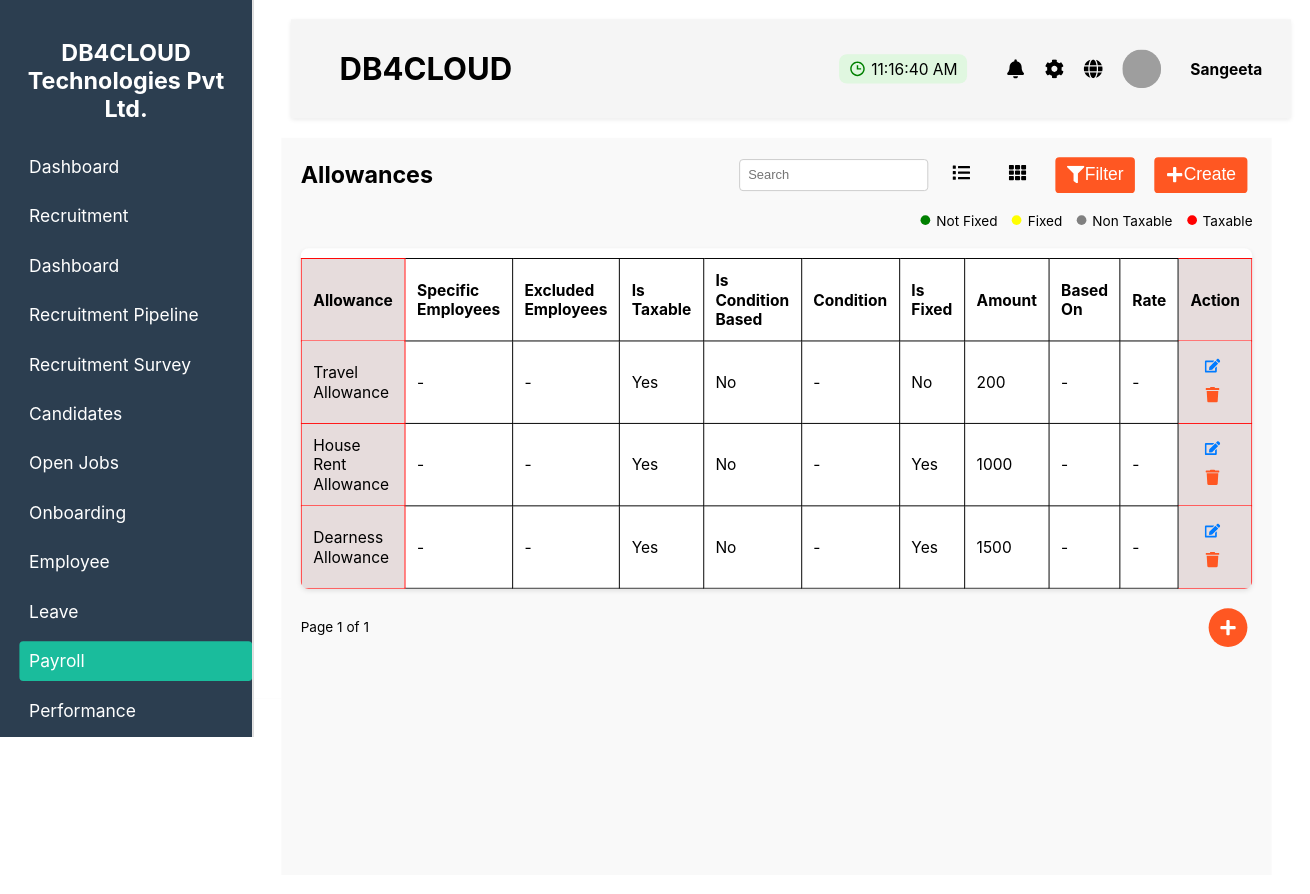
Repository: tinu-ns/Dev-code
Page: /payroll/allowances (app in HRMS-DEMO-Sang/hrms/), after clicking the first element matching `button.view-toggle`
These files come from the project's save history. The page is drawn as it stood at one moment and after the next save; the edit follows.
The browser window is 1280 px wide. The page is 1351 px wide, so the pictures cover 1351 px, including what lies to the right of the window. The pictures show the whole page, at 97% of full size.
Pictures or frames that could not be fetched are drawn as grey boxes. The project was rebuilt for these pictures with package versions that can differ from the ones it lists, and the page was loaded fresh each time. Also part of the build but not shown: HRMS-DEMO-Sang/hrms/src/components/Dashboard.js, HRMS-DEMO-Sang/hrms/src/components/Recruitment/RecruitmentDashboard.js, HRMS-DEMO-Sang/hrms/src/components/Recruitment/RecruitmentPipeline.js, HRMS-DEMO-Sang/hrms/src/components/Payroll/Contract.js, HRMS-DEMO-Sang/hrms/src/components/Payroll/Deductions.js, HRMS-DEMO-Sang/hrms/src/components/Payroll/Payslips.js, HRMS-DEMO-Sang/hrms/src/components/Payroll/PayrollDashboard.js, HRMS-DEMO-Sang/hrms/src/components/MainContent.css and 3 more.

Above is the page before, as saved 2024-11-06 17:27:41.

### HRMS-DEMO-Sang/hrms/src/App.js
import React from 'react';
import { BrowserRouter as Router, Route, Routes, Navigate } from 'react-router-dom';
import Sidebar from './components/Sidebar';
import Dashboard from './components/Dashboard';
import RecruitmentDashboard from './components/Recruitment/RecruitmentDashboard';
import RecruitmentPipeline from './components/Recruitment/RecruitmentPipeline';
import Allowances from './components/Payroll/Allowances';
import Contract from './components/Payroll/Contract';
import Deductions from './components/Payroll/Deductions';
import Payslips from './components/Payroll/Payslips';
import PayrollDashboard from './components/Payroll/PayrollDashboard';
import Header from './components/Header';
import MainContent from './components/MainContent';
import RightSidebar from './components/RightSidebar';

import './App.css';

function App() {
  return (
    <Router>
      <div className="app">
        <Sidebar />
        <div className="content-container">
          <Header />
          <div className="main-section">
            <Routes>
              {/* Main Dashboard Route */}
              <Route path="/" element={<><MainContent /><RightSidebar /></>} />
              <Route path="/dashboard" element={<Dashboard />} />

              {/* Recruitment Section */}
              <Route path="/recruitment/dashboard" element={<RecruitmentDashboard />} />
              <Route path="/recruitment/pipeline" element={<RecruitmentPipeline />} />

              {/* Payroll Section Routes */}
              <Route path="/payroll/payroll-dashboard" element={<PayrollDashboard />} />
              <Route path="/payroll/allowances" element={<Allowances />} />
              <Route path="/payroll/contract" element={<Contract />} />
              <Route path="/payroll/deductions" element={<Deductions />} />
              <Route path="/payroll/payslips" element={<Payslips />} />

              {/* Redirect unknown routes to main dashboard */}
              <Route path="*" element={<Navigate to="/" />} />
            </Routes>
          </div>
        </div>
      </div>
    </Router>
  );
}

export default App;

### HRMS-DEMO-Sang/hrms/src/components/Sidebar.js
import React, {useState} from "react";
import { NavLink } from "react-router-dom";

import "./Sidebar.css"
const Sidebar = () => {
  const [isPayrollOpen, setIsPayrollOpen] = useState(false);
  const togglePayrollMenu = () => {
    setIsPayrollOpen(!isPayrollOpen);
  };


  return (
    <div className="container">
    <div className="sidebar">
      <h2>DB4CLOUD Technologies Pvt Ltd.</h2>
      <ul className="sidebar-list">
      <li>
          <NavLink to="/dashboard" activeClassName="active">
            Dashboard
          </NavLink>
        </li>
        <li>
          <NavLink to="/recruitment" activeClassName="active">
            Recruitment
          </NavLink>
          <ul>
            <li><NavLink to="/recruitment/dashboard">Dashboard</NavLink></li>
            <li><NavLink to="/recruitment/pipeline">Recruitment Pipeline</NavLink></li>
            <li><NavLink to="/recruitment/survey">Recruitment Survey</NavLink></li>
            <li><NavLink to="/recruitment/candidates">Candidates</NavLink></li>
            <li><NavLink to="/recruitment/open-jobs">Open Jobs</NavLink></li>
          </ul>
        </li>
        {/* Add more items as needed */}
        <li>
          <NavLink to="/onboarding" activeClassName="active">
            Onboarding
          </NavLink>
        </li>
        <li>
          <NavLink to="/employee" activeClassName="active">
            Employee
          </NavLink>
        </li>
        <li>
          <NavLink to="/leave" activeClassName="active">
            Leave
          </NavLink>
        </li>
            {/* Payroll section */}
        <li>
          <NavLink to="/payroll" activeClassName="active" className="menu-toggle" onClick={togglePayrollMenu}>
            Payroll
          </NavLink>

          {isPayrollOpen && (
            <ul className="submenu">
              <li><NavLink to="/payroll/payroll-dashboard">Dashboard</NavLink></li>
              <li><NavLink to="/payroll/allowances">Allowances</NavLink></li>
              <li><NavLink to="/payroll/contract">Contracts</NavLink></li>
              <li><NavLink to="/payroll/deductions">Deductions</NavLink></li>
              <li><NavLink to="/payroll/payslips">Payslips</NavLink></li>
              <li><NavLink to="/payroll/payroll">Payroll</NavLink></li>
              <li><NavLink to="/payroll/loan-advance-salary">Loan / Advance Salary</NavLink></li>
              <li><NavLink to="/payroll/encashments-reimbursements">Encashments & Reimbursements</NavLink></li>
              <li><NavLink to="/payroll/federal-tax">Federal Tax</NavLink></li>
            </ul>
          )}
        </li>
        <li>
          <NavLink to="/performance" activeClassName="active">
            Performance
          </NavLink>
        </li>
        <li>
          <NavLink to="/offboarding" activeClassName="active">
            Offboarding
          </NavLink>
        </li>
        <li>
          <NavLink to="/assets" activeClassName="active">
            Assets
          </NavLink>
        </li>
        <li>
          <NavLink to="/help-desk" activeClassName="active">
            Help Desk
          </NavLink>
        </li>
        <li>
          <NavLink to="/configuration" activeClassName="active">
            Configuration
          </NavLink>
        </li>
      </ul>
    </div>

    </div>
  );
};

export default Sidebar;

### HRMS-DEMO-Sang/hrms/src/components/Header.js
import React, {useState,useEffect} from 'react'
import {FaBell, FaCog, FaGlobe, FaSignOutAlt} from 'react-icons/fa'
import {BiTime} from 'react-icons/bi'
import './Header.css'

const Header = () => {
    const [currentTime, setCurrentTime] = useState('')
    const [showDropdown, setShowDropdown] = useState(false);

    const getCurrentTime = () => {
        const now = new Date()
        return now.toLocaleTimeString()   // Returns time as HH:MM:SS
    }

// Update time every second
useEffect(() => {
    const timer = setInterval(() => {
      setCurrentTime(getCurrentTime());
    }, 1000); // Update every 1000ms (1 second)

    // Cleanup interval on component unmount
    return () => clearInterval(timer);
  }, []); // Empty dependency array to run only on mount/unmount


    const toggleDropdown = () => {
        setShowDropdown(!showDropdown)
    }


  return (
    <header className='bg-container'>
      <div className='header'>
        <div className="header-left">
        <button className='menu-button'></button>
        <h1>DB4CLOUD</h1>
        </div>

        <div className="header-right">
          {/*  <p>You cannot mark attendence from this network</p> */}

                {/* Time display*/ }
                <div className="time-box">
                    <BiTime className='time-icon' />
                    <span>{currentTime}</span>
                </div>

                {/*Icons for notificatins, settings, etc. */}
                <FaBell className='icon' title='Notifications' />
                <FaCog className="icon" title="Settings" />
                <FaGlobe className='icon' title='Language' />

                {/* User Profile with dropdown*/ }

                <div className="user-profile" onClick={toggleDropdown}>
                    <div className="user-avatar">
                    < img src="https://th.bing.com/th/id/OIP.Pgv1PargHCECE7gCB5kJ-wHaKx?rs=1&pid=ImgDetMain"
                alt="user-Avatar" className="avatar" />
                    </div>
                    <span className="user-name">Sangeeta</span>

{showDropdown && (
    <div className="dropdown">
        <ul>
            <li>Profile</li>
            <li>Setting</li>
            <li>
                <FaSignOutAlt /> Logout
            </li>
        </ul>
    </div>
)}

</div>

     {  /*      <div className="user-info">
                <span className='user-name'>Shalu</span>
                < img src="https://th.bing.com/th/id/OIP.Pgv1PargHCECE7gCB5kJ-wHaKx?rs=1&pid=ImgDetMain"
                alt="user-Avatar" className="avatar" />
            </div>
            */ }
        </div>


      </div>

    </header>
  )
}

export default Header

### HRMS-DEMO-Sang/hrms/src/App.css
.app{
  display: flex;
  height: 100vh;
  background-color: #f4f4f4;
}

.content-container{
  flex-grow: 1;
  padding: 20px;
  background-color: #fff;
  margin-left: 200px;
  display: flex;
  flex-direction: column;

}

.main-section{
  display: flex;
  justify-content: space-between;
  padding: 20px;
}


.sidebar {
  width: 220px;
  background-color: #2c3e50;
  position: fixed;
  height: 100vh;
}

### HRMS-DEMO-Sang/hrms/src/components/Sidebar.css
 .container{
    display: flex;
    height: 100vh;
    margin-right: 50px;
}

/*
.content{
    flex-grow: 1;
    padding: 20px;
    padding-left: 50px;

}  */

.sidebar {
    width: 220px;
    height: 100vh;
    background-color: #503f2c;
    padding: 20px;
    color: white;
    height: 100vh;
    position: fixed;
    border-right: 2px solid #ddd;
    overflow-y: auto;        /* Allows vertical scrolling */
    position: fixed;
    margin-right: 200px;        /* Keeps sidebar fixed on the left side */

  }



  .sidebar h2{
    text-align: center;
    margin-bottom: 30px;
    font-size: 24px;
  }

  .sidebar-list{
    list-style-type: none;
    padding: 0;
  }


  .sidebar-list li{
    margin-bottom: 15px;
  }

  .sidebar-list li a {
    color: white;
    text-decoration: none;
    font-size: 18px;
    padding: 10px;
    border-radius: 4px;
    display: block;
  }

  .sidebar-list li a:hover{
    color: #1abc9c;
  }

  .sidebar-list li a.active{
    background-color: #1abc9c;
    color: white;
  }

  .sidebar {
    width: 250px;
    background-color: #2E3A46;
    color: #FFF;
    padding: 20px;
    height: 100vh;
  }

  .sidebar h2 {
    font-size: 1.5em;
    margin-bottom: 1em;
  }

  .sidebar ul {
    list-style: none;
    padding: 0;
  }

  .sidebar li {
    margin: 10px 0;
  }

  .sidebar li ul {
    margin-top: 5px;
  }

  .sidebar a {
    color: #FFF;
    text-decoration: none;
  }

  .sidebar a:hover {
    text-decoration: underline;
  }

  .sidebar a.active {
    color: #20c997;
  }

  .sidebar ul li a:hover, .menu-toggle:hover {
    background-color: #34495e;
  }

  .menu-toggle {
    background: none;
    border: none;
    color: #ecf0f1;
    font-size: 1rem;
    text-align: left;
    cursor: pointer;
    width: 100%;
    padding: 10px;
  }

  .submenu {
    list-style-type: none;
    padding-left: 20px;
  }

  .submenu li a {
    padding-left: 20px;
    font-size: 0.9rem;
  }

### HRMS-DEMO-Sang/hrms/src/components/Recruitment/RecruitmentPipeline.css
.pipeline-container {
    padding: 20px;
    background-color: #f5f5f5;
    border-radius: 8px;
  }

  .pipeline-section {
    margin-top: 20px;
  }

  .pipeline-section h3 {
    background-color: #f8f9fa;
    padding: 10px;
    border-left: 5px solid #ffa500;
  }

  .recruitment-table {
    width: 100%;
    border-collapse: collapse;
  }

  .recruitment-table th,
  .recruitment-table td {
    padding: 10px;
    border-bottom: 1px solid #ddd;
    text-align: left;
  }

  .recruitment-table th {
    background-color: #f1f1f1;
  }

  button {
    padding: 5px 10px;
    margin: 0 5px;
    border: none;
    border-radius: 4px;
    cursor: pointer;
  }

  button:hover {
    background-color: #ddd;
  }

### HRMS-DEMO-Sang/hrms/src/components/Payroll/Allowances.css
.allowances-container {
    padding: 20px;
    background-color: #f9f9f9;
    width: 100%;
    height: 100vh;
  }

  .allowances-header {
    display: flex;
    justify-content: space-between;
    align-items: center;
    margin-bottom: 20px;
  }

  .allowances-header h2 {
    margin: 0;
    font-size: 24px;
  }

  .controls {
    display: flex;
    align-items: center;
    gap: 10px;
  }

  .search-input {
    padding: 8px;
    border: 1px solid #ccc;
    border-radius: 4px;
  }

  .view-toggle, .filter-btn, .create-btn {
    background: none;
    border: none;
    font-size: 18px;
    cursor: pointer;
  }

  .filter-btn, .create-btn {
    display: flex;
    align-items: center;
    padding: 8px 12px;
    background-color: #ff5722;
    color: white;
    border-radius: 4px;
    cursor: pointer;
  }

  .status-indicators {
    display: flex;
    gap: 15px;
    font-size: 14px;
    margin-top: 10px;
    margin-bottom: 20px;
    justify-content: end;
  }

  .dot {
    display: inline-flex;
    align-items: center;
  }

  .dot::before {
    content: '';
    display: inline-block;
    width: 10px;
    height: 10px;
    margin-right: 6px;
    border-radius: 50%;
  }

  .not-fixed::before {
    background-color: green;
  }

  .fixed::before {
    background-color: yellow;
  }

  .non-taxable::before {
    background-color: gray;
  }

  .taxable::before {
    background-color: red;
  }

  .card-view {
    display: flex;
    gap: 20px;
    flex-wrap: wrap;

  }

  .allowance-card {
    background: white;
    border: 1px solid #ddd;
    border-radius: 8px;
    padding: 15px;
    width: 200px;
    box-shadow: 0 2px 5px rgba(0, 0, 0, 0.1);
    border-left: 3px solid rgb(255, 165, 0);
  }

  .card-icon {
    font-size: 20px;
    font-weight: bold;
    background: #e0e0e0;
    width: 40px;
    height: 40px;
    display: flex;
    align-items: center;
    justify-content: center;
    border-radius: 50%;
    margin-bottom: 10px;

  }

  .card-content h3 {
    margin: 0;
    font-size: 18px;
  }

  .card-content p {
    margin: 5px 0;
  }

  .list-view {
    background: white;
    border-radius: 8px;
    overflow: hidden;
    box-shadow: 0 2px 5px rgba(0, 0, 0, 0.1);
  }

  table {
    width: 100%;
    border-collapse: collapse;
  }

  table th, table td {
    padding: 12px;
    text-align: left;
    border-bottom: 1px solid #ddd;
    border: 1px solid;
  }

  .table td{

  }

  .sticky-column {
    position: sticky;
    left: 0;
    background-color: rgb(230, 220, 220);
    box-shadow: 2px 0 5px rgba(0, 0, 0, 0.1);
    z-index: 1;
    border: 1px solid red;

  }

  td.sticky-column {
    box-shadow: 2px 0 5px rgba(0, 0, 0, 0.1);
  }

  .edit-btn, .delete-btn {
    background: none;
    border: none;
    cursor: pointer;
    font-size: 16px;
    margin-right: 8px;
  }

  .edit-btn {
    color: #007bff;
  }

  .delete-btn {
    color: #ff5722;
  }

  .footer {
    display: flex;
    justify-content: space-between;
    align-items: center;
    padding-top: 20px;
  }

  .footer span {
    font-size: 14px;
  }

  .add-btn {
    background-color: #ff5722;
    color: white;
    font-size: 18px;
    width: 40px;
    height: 40px;
    border: none;
    border-radius: 50%;
    display: flex;
    align-items: center;
    justify-content: center;
    cursor: pointer;
  }

### HRMS-DEMO-Sang/hrms/src/components/Payroll/PayrollDashboard.css
/* PayrollDashboard.css */
.payroll-dashboard {
  padding: 20px;
}

.status-containers {
  display: flex;
  justify-content: space-between;
  margin-bottom: 20px;
}

.status-container {
  background-color: #f0f0f0;
  border: 1px solid #ccc;
  padding: 10px;
  text-align: center;
  width: 18%;
}

.paid {
  background-color: #d4edda;
}
.confirmed {
  background-color: #cce5ff;
}
.review {
  background-color: #fff3cd;
}
.draft {
  background-color: #f8d7da;
}


.export-buttons {
  display: flex;
  gap: 10px;
  padding: 10px;
  text-align: center;
  cursor: pointer;
  width: 100px;


}

.export{
    color: #28a745;
    font-size: 15px;
    padding: 10px 15px;
    font-weight: 700;
    cursor: pointer;
    font-size: 15px;
    background-color:  #e3e8eb;
    border-radius: 5px;
    border: none;
}

.export:hover {
    background-color: rgb(152, 225, 152);
  }

.export-form {
  margin-top: 20px;
  border: 1px solid #ccc;
  padding: 20px;
  background-color: #f9f9f9;
  border: 1px solid #ccc;
  border-radius: 5px;
  width: 40%;
  display: flex;
  flex-direction: column;
  box-shadow: 0px 4px 8px rgba(0, 0, 0, 0.1);
}

.form-row {
    display: flex;
    gap: 20px;
    margin-bottom: 10px;
  }

  .form-group {
    display: flex;
    flex-direction: column;
    flex: 1;
  }

  .form-group label {
    margin-bottom: 5px;
    font-size: 14px;
    color: #333;
    font-weight: bold;
  }

.export-form label {
  display: block;
  margin-bottom: 10px;
}

.export-form input,
.export-form select {
    padding: 8px;
  border: 1px solid #ccc;
  border-radius: 5px;
}

.export-form button {
  margin-top: 10px;
  padding: 10px;
  background-color: #28a745;
  color: white;
  border: none;
  cursor: pointer;
}

.submit-button:hover {
    background-color: #218838;
  }

.status {
  display: flex;
  justify-content: space-around;
  gap: 20px;
}

.status-item {
  background-color: #f5f5f5;
  padding: 20px;
  width: 200px;
  text-align: center;
  border-radius: 8px;
  margin-bottom: 20px;
  box-shadow: 0px 4px 8px rgba(0, 0, 0, 0.1);
  border-top: 1px solid green;
}

.row-container {
  display: flex;
  align-items: center;
  justify-content: space-between; /* Space between calendar and export button */
  margin-bottom: 20px;
  background-color: #d4edda;
  text-align: center;
  align-self: center;


}

.calendar-container {
    margin-bottom: 20px;
  }


.date-selector {
  display: flex;
  flex-direction: row;
  padding: 10px;
}

.date-selector label {
  font-size: 14px;
  margin-bottom: 5px;
  margin-right: 10px;
  color: rgb(121, 5, 5);
  font-weight: bold;
  text-align: center;
}

.date-selector input[type="month"] {
  padding: 5px;
  border: 1px solid #ccc;
  border-radius: 5px;
  box-shadow: 0px 4px 8px rgba(0, 0, 0, 0.1);
}

.dashboard-content {
  display: grid;
  grid-template-columns: 1fr 1fr;
  gap: 20px;
}

.employee-payslips,
.contributions,
.contracts-ending,
.department-chart {
  background-color: #ffffff;
  border: 1px solid #e0e0e0;
  border-radius: 8px;
  padding: 20px;
}

.employee-payslips h3,
.contributions h3,
.contracts-ending h3,
.department-chart h3 {
  font-size: 16px;
  color: #333333;
  margin-bottom: 10px;
  text-align: center;
  padding-bottom: 10px;
}

.payslip-chart,
.chart-placeholder {
  height: 200px;
  background-color: hsl(335, 23%, 90%);
  border-radius: 8px;
  display: flex;
  align-items: center;
  justify-content: center;
}


.payslip-chart {
    height: 300px;
    border-radius: 8px;
    display: flex;
    align-items: center;
    justify-content: center;
    padding: 10px;
  }

  .contributions {
    margin-top: 20px;
  }


.employee-dropdown {
  width: 100%;
  padding: 8px;
  margin-bottom: 20px;
  border: 1px solid #ccc;
  border-radius: 5px;
}

table {
  width: 100%;
  border-collapse: collapse;
  margin-top: 10px;
}

th,
td {
  padding: 8px;
  text-align: left;
  border-bottom: 1px solid #ddd;
}

.avatar {
    display: inline-flex;
    align-items: center;
    justify-content: center;
    width: 30px;
    height: 30px;
    border-radius: 50%;
    background-color: #007bff;
    color: white;
    font-weight: bold;
    margin-right: 8px;
    font-size: 14px;
}

.no-contracts {
  text-align: center;
  color: #777;
  font-style: italic;
}

.department-chart {
    background-color: #ffffff;
    border: 1px solid #e0e0e0;
    border-radius: 8px;
    padding: 20px;
    text-align: center;
  }

  .department-chart h3 {
    font-size: 16px;
    color: #333333;
    margin-bottom: 10px;
  }

  .department-chart canvas {
    max-width: 300px; /* Adjust size if needed */
    margin: 0 auto;
  }

  .contracts-ending {
    background-color: #ffffff;
    border: 1px solid #e0e0e0;
    border-radius: 8px;
    padding: 20px;
    box-shadow: 0px 4px 8px rgba(0, 0, 0, 0.1);
    margin-bottom: 20px;
  }

  .contracts-header {
    display: flex;
    flex-direction: column;
    align-items: flex-start;
    margin-bottom: 15px;
  }

  .contracts-header h3 {
    font-size: 16px;
    color: #333333;
    margin: 0;
  }

  .contract-count {
    color: #888;
    font-size: 14px;
  }

  .contract-list {
    display: flex;
    flex-direction: column;
    gap: 10px;
  }

  .contract-item {
    display: flex;
    align-items: center;
    gap: 10px;
    padding: 10px;
    background-color: #f5f5f5;
    border-radius: 6px;
    transition: background-color 0.3s ease;
  }

  .contract-item:hover {
    background-color: #e8f8ff;
  }

  .contract-circle {
    width: 40px;
    height: 40px;
    background-color: #007bff;
    color: #ffffff;
    font-weight: bold;
    display: flex;
    align-items: center;
    justify-content: center;
    border-radius: 50%;
    font-size: 14px;
  }

  .contract-details {
    display: flex;
    flex-direction: column;
  }

  .employee-name {
    font-weight: 600;
    color: #333;
  }

  .contract-date {
    font-size: 13px;
    color: #555;
  }

### HRMS-DEMO-Sang/hrms/src/components/Header.css
.bg-container{
  padding-left: 30px;

}

.header {
    background-color: #f5f5f5;
    padding: 10px 20px;
    display: flex;
    justify-content: space-between;
    align-items: center;
    box-shadow: 0px 2px 5px rgba(0, 0, 0, 0.1);
  }

  .header-left {
    display: flex;
    align-items: center;
  }

  .menu-button {
    font-size: 24px;
    background: none;
    border: none;
    cursor: pointer;
  }

  .h1{
    margin-left: 15px;
    font-size: 24px;
    color: red! important ;
  }

  .header-right{
    display: flex;
    align-items: center;
  }

  .icon{
    margin-left: 20px;
    font-size: 20px;
    cursor: pointer;
  }

  .time-box {
    display: flex;
    align-items: center;
    background-color: #e0f7e0;
    padding: 5px 10px;
    border-radius: 8px;
    margin-right: 20px;
  }

  .time-icon {
    margin-right: 5px;
    font-size: 18px;
    color: green;
  }

  .user-profile{
    display: flex;
    align-items: center;
    cursor: pointer;
    position: relative;
  }

  .user-avatar{
    padding: 20px;
  }

  .avatar{
    width: 40px;
    height: 40px;
    background-color: #d4d4d4;
    border-radius: 50%;
    display: flex;
    justify-content: center;
    align-items: center;
    font-size: 18px;
    color: white;
    margin-right: 10px;

  }

  .user-name{
    font-weight: bold;
  }

  .dropdown{
    position: absolute;
    top: 50px;
    right: 0;
    background-color: #fff;
    box-shadow: 0px 2px 8px rgba(0, 0, 0, 0.1);
    border-radius: 5px;
    z-index: 100;
  }

  .dropdown ul {
    list-style-type: none;
    padding: 10px;
    margin: 0;
  }

  .dropdown ul li {
    padding: 10px 15px;
    cursor: pointer;
  }

  .dropdown ul li:hover {
    background-color: #f5f5f5;
  }

  .user-info {
    display: flex;
    align-items: center;
  }

  .user-name {
    margin-right: 10px;
  }

Loaded but not shown: HRMS-DEMO-Sang/hrms/public/index.html (common file); HRMS-DEMO-Sang/hrms/src/index.js (common file); HRMS-DEMO-Sang/hrms/src/index.css (common file); HRMS-DEMO-Sang/hrms/src/reportWebVitals.js (common file); HRMS-DEMO-Sang/hrms/src/components/Payroll/Allowances.js (186 lines, source omitted)

After the next save:
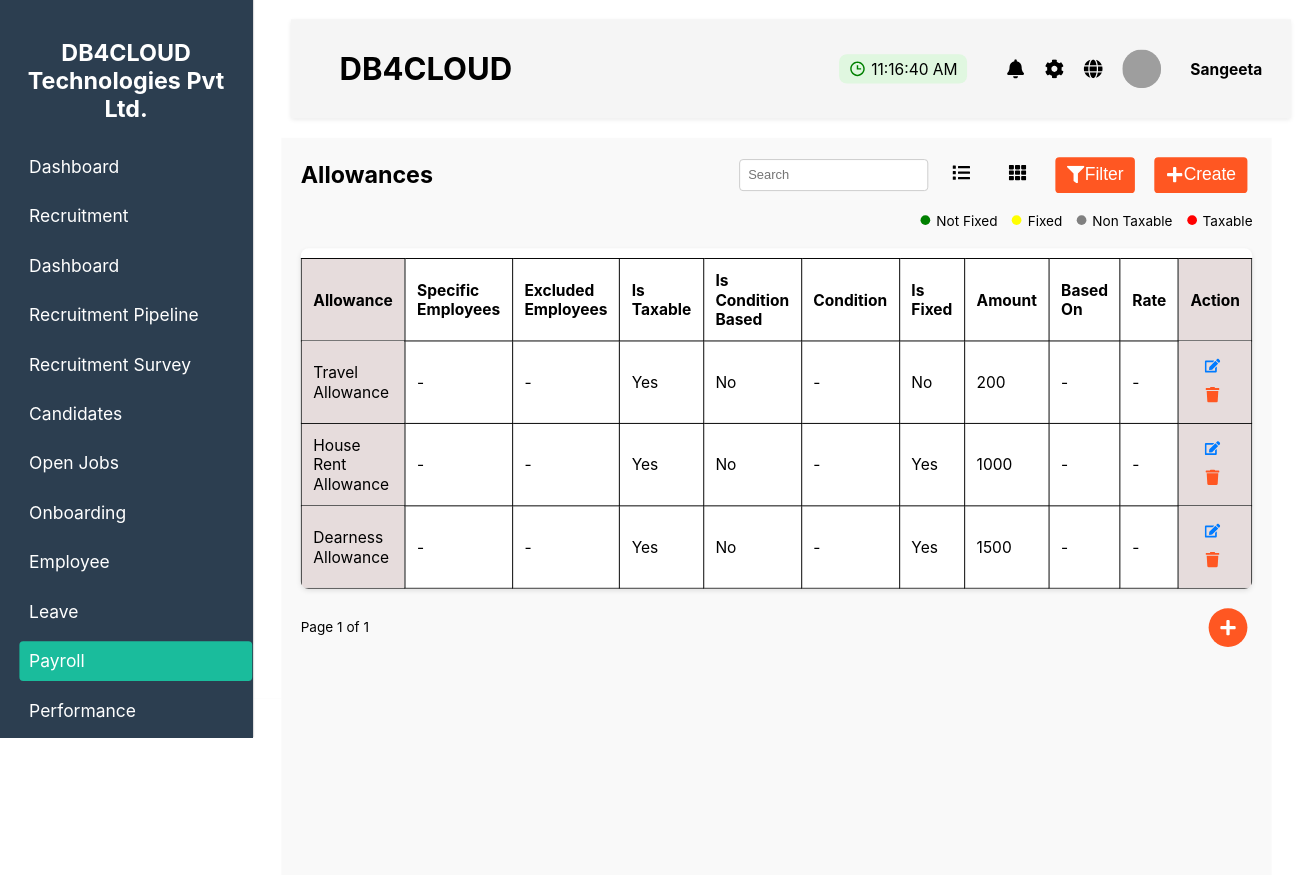
Saved 26 s later.
--- a/HRMS-DEMO-Sang/hrms/src/components/Payroll/Allowances.css
+++ b/HRMS-DEMO-Sang/hrms/src/components/Payroll/Allowances.css
@@ -144,8 +144,8 @@
     border: 1px solid;
   }
 
-  .table td{
-
+  .table th{
+    border: 1px solid red;
   }
 
   .sticky-column {
@@ -154,7 +154,6 @@
     background-color: rgb(230, 220, 220);
     box-shadow: 2px 0 5px rgba(0, 0, 0, 0.1);
     z-index: 1;
-    border: 1px solid red;
 
   }
 
